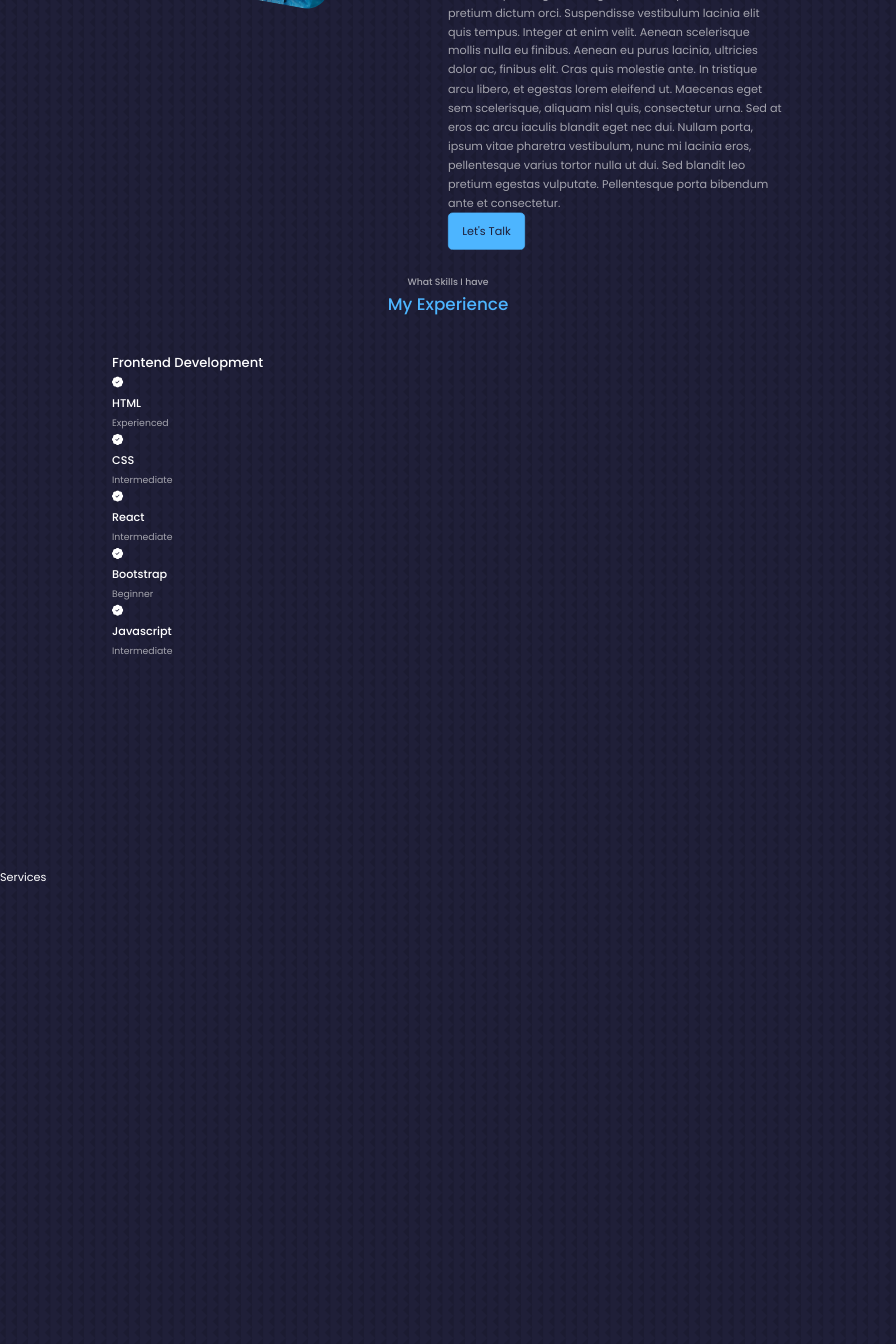
Repository: smallchungus/resumeWebsite
Page: / (app in hello/)
An editor plug-in stored every save of this project. The page is shown before and after a run of saves, followed by the edit.
The browser window is 1280 px wide. The pictures show the part of the page from y = 1304 to 3224 px (the page is 5835 px tall), at 70% of full size.
The project was rebuilt for these pictures with package versions that can differ from the ones it lists, and the page was loaded fresh each time. Also part of the build but not shown: hello/src/components/experience/experience.css, hello/src/components/portfolio/portfolio.css, hello/src/components/contact/contact.css, hello/src/components/footer/footer.css. Imported but missing from the stored project, and not drawn on this page: hello/src/assets/cv.pdf.

Above is the page before, as saved 2023-03-23 19:00:00.

After the next 2 saves:
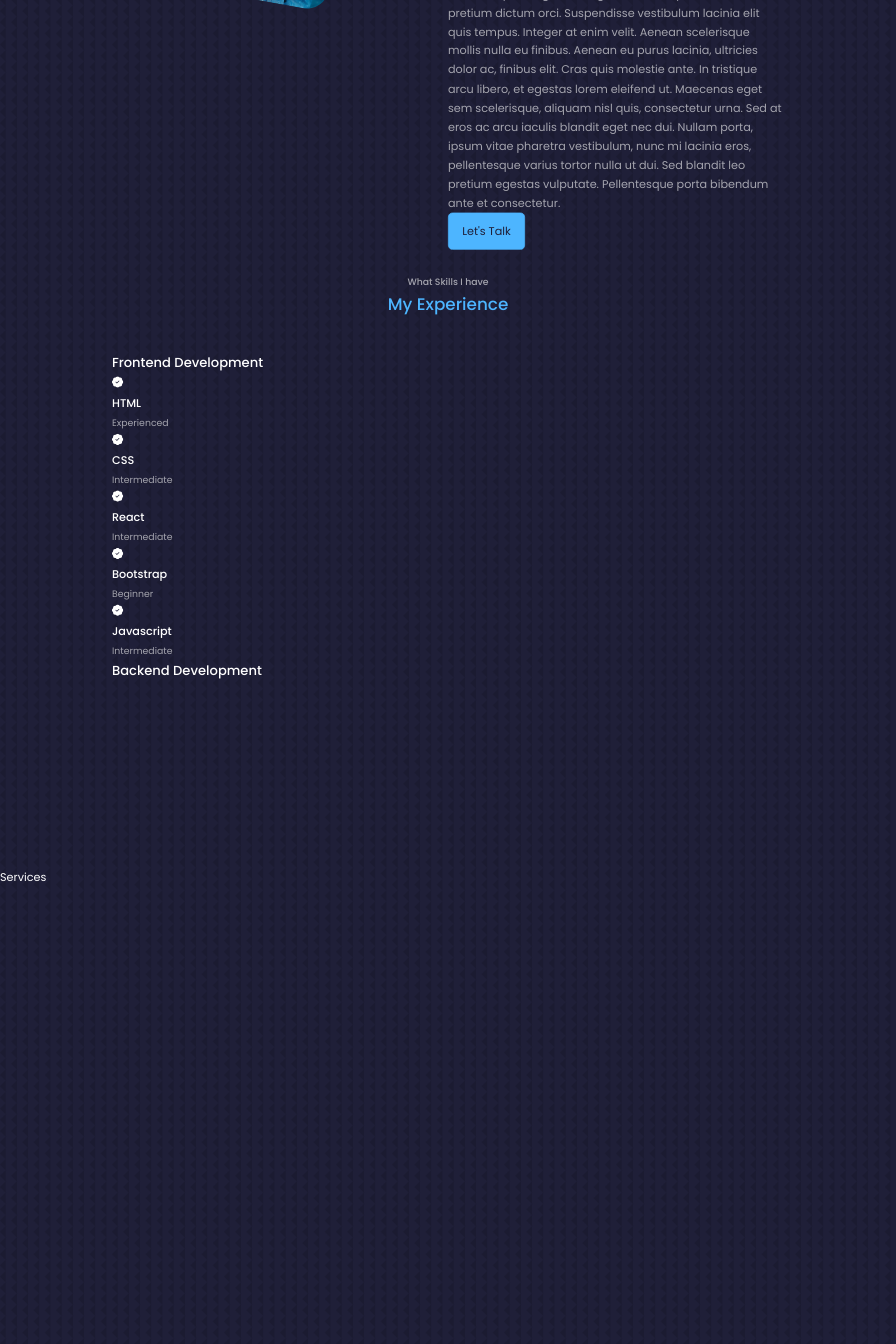
The 2 saves are shown as one change because 1 did not build or start.
The last was saved 8 s later.
--- a/hello/src/components/experience/Experience.jsx
+++ b/hello/src/components/experience/Experience.jsx
@@ -42,7 +42,7 @@ const Experience = () => {
           </div>
         </div>
         <div className="experience_backend">
-
+          <h3>Backend Development</h3>
         </div>
       </div>
     </section>
